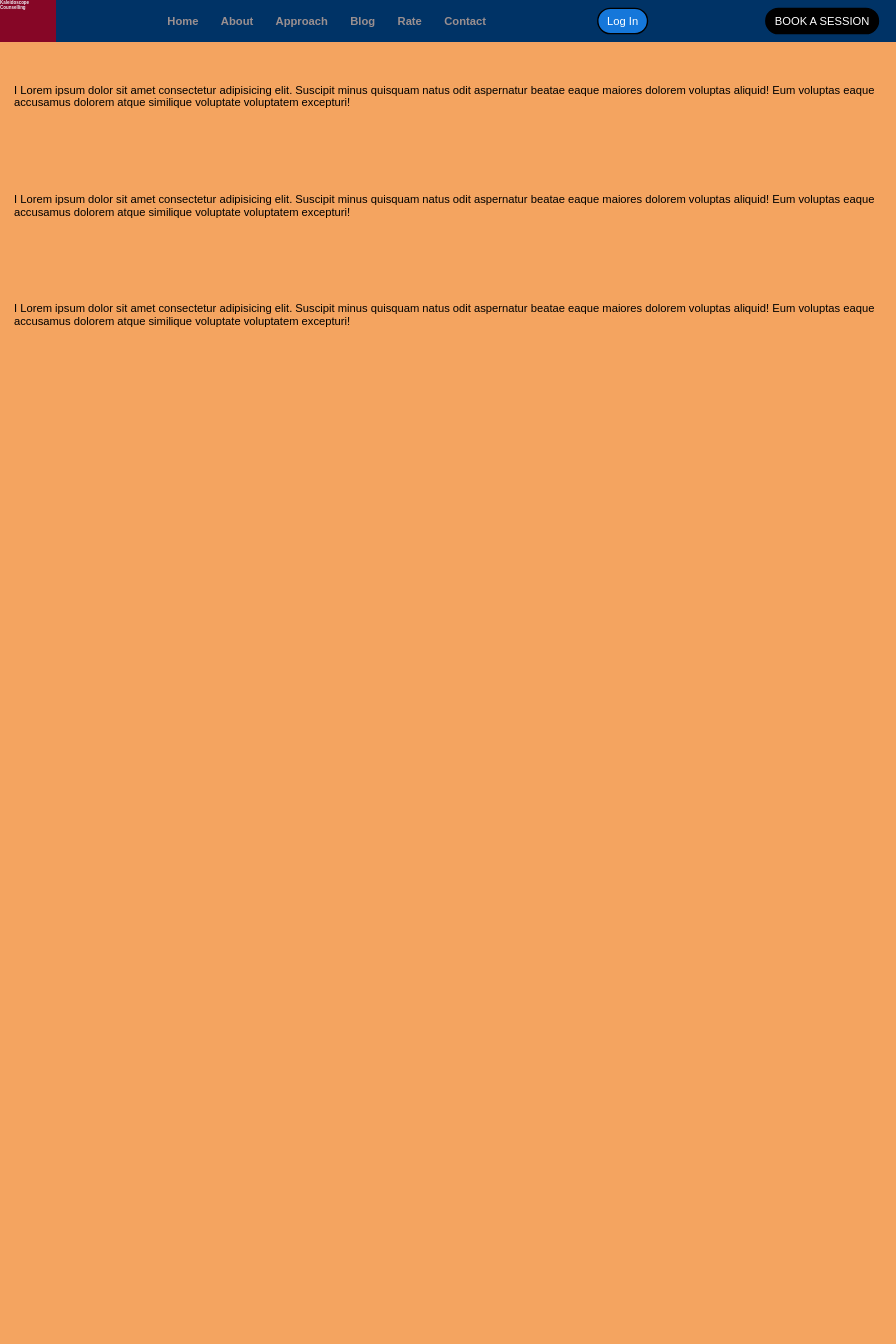
Repository: voutadi/Project1
Page: index.html
An editor plug-in stored every save of this project. The page is shown before and after a run of saves, followed by the edit.
The browser window is 1280 px wide. The pictures show the part of the page from y = 0 to 1920 px (the page is 3120 px tall), at 70% of full size.

Above is the page before, as saved 2024-11-24 21:24:11.

After the next 2 saves:
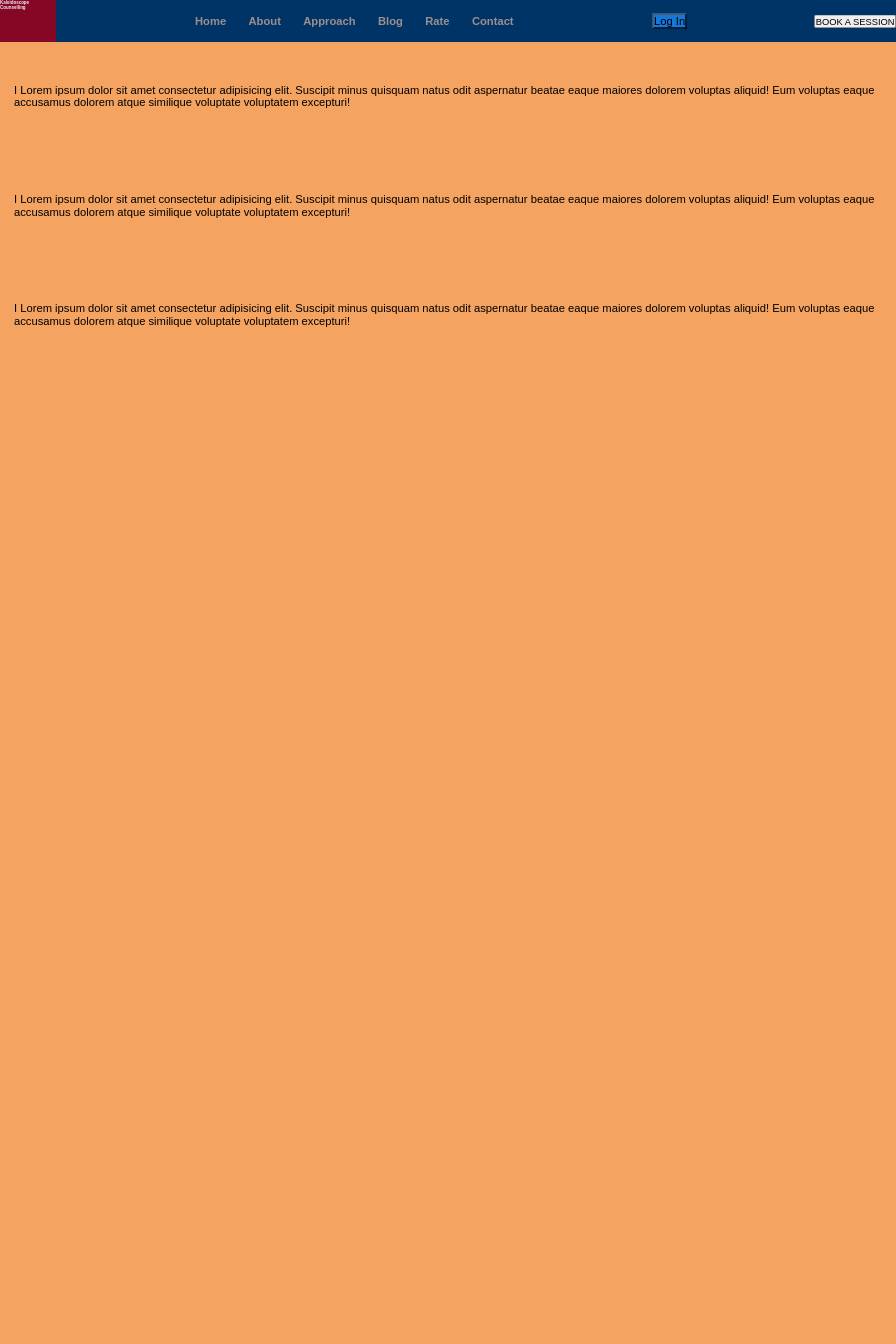
The 2 saves are shown as one change because they came seconds apart.
The last was saved 32 s later.
--- a/styles/style.css
+++ b/styles/style.css
@@ -72,7 +72,7 @@ header {
   font-size: medium;
 
 }
-button {
+. {
   background-color: black;
   color: white;
 
